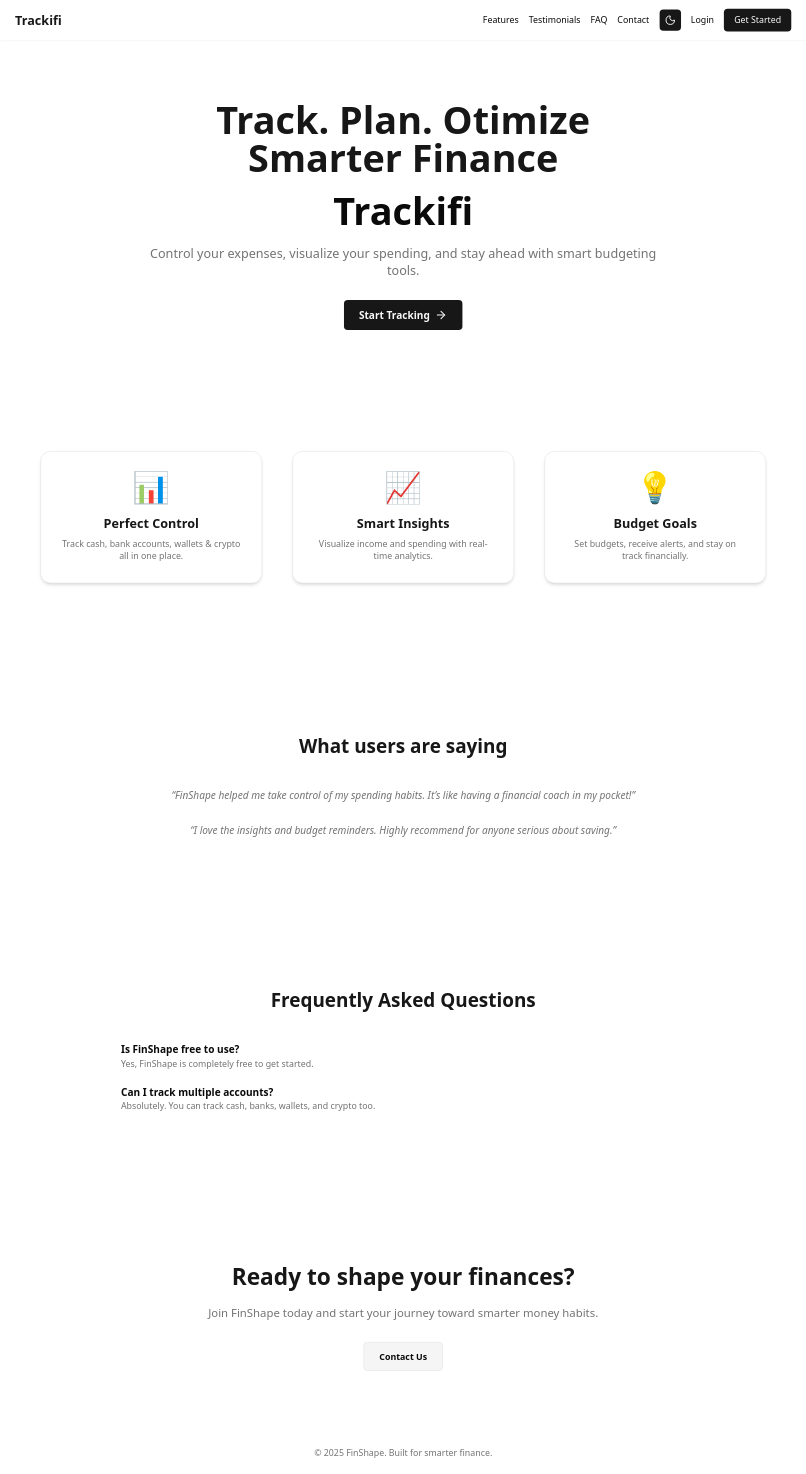
Repository: ruthvik-mt/Trackifi
Page: /categories (app in frontend/)
The author's editor kept a copy of each file at every save. The page is drawn from the files as they stood at one save, then again after a run of saves.
The browser window is 1280 px wide. The pictures show the whole page, at 63% of full size.
The project was rebuilt for these pictures with package versions that can differ from the ones it lists, and the page was loaded fresh each time. Also part of the build but not shown: frontend/vite.config.ts, frontend/src/components/FormInput.tsx, frontend/src/pages/Auth/Login.tsx, frontend/src/pages/Auth/Register.tsx, frontend/src/components/Sidebar.tsx, frontend/src/components/ThemeToggleButton.tsx, frontend/src/components/Navbar.tsx, frontend/src/pages/Dashboard/Layout.tsx and 20 more.

Above is the page before, as saved 2025-07-15 23:13:01.

### frontend/index.html
<!-- index.html -->
<!DOCTYPE html>
<html lang="en">
  <head>
    <meta charset="UTF-8" />
    <link rel="icon" href="/favicon.svg" />
    <meta name="viewport" content="width=device-width, initial-scale=1.0" />

    <!-- Critical script: apply theme before paint -->
    <script>
      const theme = localStorage.getItem("theme");
      if (
        theme === "dark" ||
        (!theme && window.matchMedia("(prefers-color-scheme: dark)").matches)
      ) {
        document.documentElement.classList.add("dark");
      } else {
        document.documentElement.classList.remove("dark");
      }
    </script>

    <title>FinShape</title>
  </head>
  <body>
    <div id="root"></div>
    <script type="module" src="/src/main.tsx"></script>
  </body>
</html>

### frontend/src/main.tsx
import React from "react";
import ReactDOM from "react-dom/client";
import App from "./App";
import "./tailwind.css";
import { AuthProvider } from "./context/AuthProvider";
import { ThemeProvider } from "./context/ThemeProvider"; // ✅ Add ThemeProvider
import { BrowserRouter as Router } from "react-router-dom";

ReactDOM.createRoot(document.getElementById("root")!).render(
  <React.StrictMode>
    <Router>
      {/* ✅ Wrap app with theme context */}
      <ThemeProvider>
        <AuthProvider>
          <App />
        </AuthProvider>
      </ThemeProvider>
    </Router>
  </React.StrictMode>
);

### frontend/src/App.tsx
import { Routes, Route, Navigate } from "react-router-dom";
import Login from "./pages/Auth/Login";
import Register from "./pages/Auth/Register";
import Dashboard from "./pages/Dashboard/Dashboard";
import CategoryList from "./pages/Categories/CategoryList";
import TransactionList from "./pages/Transactions/TransactionList";
import BudgetList from "./pages/Budgets/BudgetList";
import MonthlyTotal from "./pages/Insights/MonthlyTotal";
import CategoryBreakdown from "./pages/Insights/CategoryBreakdown";
import BudgetComparison from "./pages/Insights/BudgetComparison";
import ProtectedRoute from "./components/ProtectedRoute";
import LandingPage from "./pages/LandingPage"; // ✅ Add this import

export default function App() {
  return (
    <Routes>
      {/* Landing Page */}
      <Route path="/" element={<LandingPage />} /> {/* ✅ New route */}

      {/* Auth Routes */}
      <Route path="/login" element={<Login />} />
      <Route path="/register" element={<Register />} />

      {/* Protected Routes */}
      <Route
        path="/dashboard"
        element={
          <ProtectedRoute>
            <Dashboard />
          </ProtectedRoute>
        }
      />
      <Route
        path="/categories"
        element={
          <ProtectedRoute>
            <CategoryList />
          </ProtectedRoute>
        }
      />
      <Route
        path="/transactions"
        element={
          <ProtectedRoute>
            <TransactionList />
          </ProtectedRoute>
        }
      />
      <Route
        path="/budgets"
        element={
          <ProtectedRoute>
            <BudgetList />
          </ProtectedRoute>
        }
      />
      <Route
        path="/insights/monthly-total"
        element={
          <ProtectedRoute>
            <MonthlyTotal />
          </ProtectedRoute>
        }
      />
      <Route
        path="/insights/category-breakdown"
        element={
          <ProtectedRoute>
            <CategoryBreakdown />
          </ProtectedRoute>
        }
      />
      <Route
        path="/insights/budget-comparison"
        element={
          <ProtectedRoute>
            <BudgetComparison />
          </ProtectedRoute>
        }
      />

      {/* Fallback Route */}
      <Route path="*" element={<Navigate to="/" />} /> {/* ✅ Updated from "/login" to "/" */}
    </Routes>
  );
}

### frontend/src/tailwind.css
@tailwind base;
@tailwind components;
@tailwind utilities;

/* =========================
   Base Theme Variables
   ========================= */

@layer base {
  :root {
    --background: 0 0% 100%;
    --foreground: 0 0% 3.9%;

    --card: 0 0% 100%;
    --card-foreground: 0 0% 3.9%;

    --popover: 0 0% 100%;
    --popover-foreground: 0 0% 3.9%;

    --primary: 0 0% 9%;
    --primary-foreground: 0 0% 98%;

    --secondary: 0 0% 96.1%;
    --secondary-foreground: 0 0% 9%;

    --muted: 0 0% 96.1%;
    --muted-foreground: 0 0% 45.1%;

    --accent: 0 0% 96.1%;
    --accent-foreground: 0 0% 9%;

    --destructive: 0 84.2% 60.2%;
    --destructive-foreground: 0 0% 98%;

    --border: 0 0% 89.8%;
    --input: 0 0% 89.8%;
    --ring: 0 0% 3.9%;

    --chart-1: 12 76% 61%;
    --chart-2: 173 58% 39%;
    --chart-3: 197 37% 24%;
    --chart-4: 43 74% 66%;
    --chart-5: 27 87% 67%;

    --radius: 0.5rem;

    --tooltip-bg: #ffffff;
    --tooltip-color: #000000;
  }

  .dark {
    --background: 0 0% 3.9%;
    --foreground: 0 0% 98%;

    --card: 0 0% 3.9%;
    --card-foreground: 0 0% 98%;

    --popover: 0 0% 3.9%;
    --popover-foreground: 0 0% 98%;

    --primary: 0 0% 98%;
    --primary-foreground: 0 0% 9%;

    --secondary: 0 0% 14.9%;
    --secondary-foreground: 0 0% 98%;

    --muted: 0 0% 14.9%;
    --muted-foreground: 0 0% 63.9%;

    --accent: 0 0% 14.9%;
    --accent-foreground: 0 0% 98%;

    --destructive: 0 62.8% 30.6%;
    --destructive-foreground: 0 0% 98%;

    --border: 0 0% 14.9%;
    --input: 0 0% 14.9%;
    --ring: 0 0% 83.1%;

    --chart-1: 220 70% 50%;
    --chart-2: 160 60% 45%;
    --chart-3: 30 80% 55%;
    --chart-4: 280 65% 60%;
    --chart-5: 340 75% 55%;

    --tooltip-bg: #d9dde2; /* dark gray or slate */
    --tooltip-color: #0d0f11;
  }
}

/* =========================
   Global Element Styles
   ========================= */
@layer base {
  * {
    @apply border-border;
  }

  html,
  body {
    @apply bg-background text-foreground antialiased;
    min-height: 100%;
    scroll-behavior: smooth;
  }

  input,
  select,
  textarea {
    @apply bg-input text-foreground placeholder-muted-foreground
           border border-border rounded px-3 py-2
           focus:outline-none focus:ring-2 focus:ring-ring;
  }

  button {
    @apply transition-colors bg-primary text-primary-foreground px-4 py-2 rounded
           hover:bg-primary/90 focus:outline-none focus:ring-2 focus:ring-ring;
  }
}

### frontend/src/context/ThemeProvider.tsx
import { useEffect, useState, ReactNode } from "react";
import { ThemeContext, Theme } from "./ThemeContext";

export const ThemeProvider = ({ children }: { children: ReactNode }) => {
  const getInitialTheme = (): Theme => {
    if (typeof window === "undefined") return "light";
    const stored = localStorage.getItem("theme");
    if (stored === "light" || stored === "dark") return stored;
    return window.matchMedia("(prefers-color-scheme: dark)").matches ? "dark" : "light";
  };

  const [theme, setTheme] = useState<Theme>(getInitialTheme);

  useEffect(() => {
    const root = document.documentElement;
    if (theme === "dark") {
      root.classList.add("dark");
    } else {
      root.classList.remove("dark");
    }
    localStorage.setItem("theme", theme);
  }, [theme]);

  const toggleTheme = () => setTheme(prev => (prev === "dark" ? "light" : "dark"));

  return (
    <ThemeContext.Provider value={{ theme, toggleTheme }}>
      {children}
    </ThemeContext.Provider>
  );
};

### frontend/src/components/ProtectedRoute.tsx
// // src/components/ProtectedRoute.tsx
// import { Navigate } from "react-router-dom";
// import { useAuth } from "@/hooks/useAuth";
// import { ReactNode } from "react";

// const ProtectedRoute = ({ children }: { children: ReactNode }) => {
//   const { token } = useAuth();
//   return token ? <>{children}</> : <Navigate to="/login" replace />;
// };

// export default ProtectedRoute;

import { Navigate } from "react-router-dom";
import { useAuth } from "../hooks/useAuth"; // ✅ Correct path
import { JSX } from "react/jsx-runtime";

export default function ProtectedRoute({ children }: { children: JSX.Element }) {
  const { token } = useAuth();

  if (!token) return <Navigate to="/" replace />;
  return children;
}

### frontend/src/pages/LandingPage.tsx
import { Link } from "react-router-dom";
import { motion } from "framer-motion";
import { ArrowRight, Moon, Sun } from "lucide-react";
import { useTheme } from "../hooks/useTheme";
import { useState, useEffect } from "react";
import { Spinner } from "@/components/Spinner";

export default function LandingPage() {
  const { theme, toggleTheme } = useTheme();
  const [buttonLoading, setButtonLoading] = useState(true);

  useEffect(() => {
    const timer = setTimeout(() => setButtonLoading(false), 1000);
    return () => clearTimeout(timer);
  }, []);

  return (
    <div className="min-h-screen bg-background text-foreground">
      {/* ────────────── Header ────────────── */}
      <header className="sticky top-0 z-10 h-16 bg-card text-card-foreground shadow-sm flex items-center justify-between px-6">
        <a href="#hero" className="text-xl font-bold text-primary">Trackifi</a>

        <nav className="flex items-center gap-4">
          <a href="#features" className="text-sm font-medium hover:text-primary transition-colors">Features</a>
          <a href="#testimonials" className="text-sm font-medium hover:text-primary transition-colors">Testimonials</a>
          <a href="#faq" className="text-sm font-medium hover:text-primary transition-colors">FAQ</a>
          <a href="#cta" className="text-sm font-medium over:text-primary transition-colors">Contact</a>

          <button
            onClick={toggleTheme}
            className="px-2 py-2 rounded-md text-sm font-medium bg-primary text-primary-foreground hover:bg-primary/90 transition-colors flex items-center justify-center"
            aria-label={`Switch to ${theme === "dark" ? "light" : "dark"} mode`}
          >
            {theme === "dark" ? <Sun size={18} /> : <Moon size={18} />}
          </button>

          <Link
            to="/login"
            className="text-sm font-medium hover:text-primary transition-colors"
          >
            Login
          </Link>

          {buttonLoading ? (
            <Spinner size="default" />
          ) : (
            <Link to="/register">
              <button className="px-4 py-2 rounded-md text-sm font-medium bg-primary text-primary-foreground hover:bg-primary/90 transition-colors">
                Get Started
              </button>
            </Link>
          )}
        </nav>
      </header>

      {/* ────────────── Hero Section ────────────── */}
      <motion.section
        id="hero"
        className="text-center px-6 py-24 max-w-4xl mx-auto"
        initial={{ opacity: 0, y: 30 }}
        animate={{ opacity: 1, y: 0 }}
        transition={{ duration: 0.6 }}
      >
        <h1 className="text-5xl md:text-6xl font-extrabold leading-tight mb-6 text-primary">
  Track. Plan. Otimize     Smarter Finance
</h1>

<h2 className="text-5xl md:text-6xl font-extrabold text-center leading-tight mb-6 xt-primary">
  Trackifi
</h2>

        <p className="text-lg md:text-xl text-muted-foreground mb-8">
          Control your expenses, visualize your spending, and stay ahead with smart budgeting tools.
        </p>

        {buttonLoading ? (
          <div className="flex justify-center">
            <Spinner size="lg" />
          </div>
        ) : (
          <Link to="/register">
            <button
              aria-label="Start tracking your expenses"
              className="px-6 py-3 rounded-md font-semibold bg-primary text-primary-foreground hover:bg-primary/90 inline-flex items-center gap-2 transition-colors"
            >
              Start Tracking <ArrowRight size={20} />
            </button>
          </Link>
        )}
      </motion.section>

      {/* ────────────── Features Section ────────────── */}
      <motion.section
        id="features"
        className="py-24 px-6 bg-background"
        initial={{ opacity: 0 }}
        whileInView={{ opacity: 1 }}
        viewport={{ once: true, amount: 0.2 }}
        transition={{ duration: 0.8 }}
      >
        <div className="max-w-6xl mx-auto grid gap-12 md:grid-cols-3 text-center">
          {[
            {
              icon: "📊",
              title: "Perfect Control",
              desc: "Track cash, bank accounts, wallets & crypto all in one place.",
            },
            {
              icon: "📈",
              title: "Smart Insights",
              desc: "Visualize income and spending with real-time analytics.",
            },
            {
              icon: "💡",
              title: "Budget Goals",
              desc: "Set budgets, receive alerts, and stay on track financially.",
            },
          ].map(({ icon, title, desc }, index) => (
            <motion.div
              key={title}
              className="bg-white dark:bg-zinc-900 text-zinc-800 dark:text-white border border-border p-8 rounded-2xl shadow-md hover:shadow-xl transition-transform"
              initial={{ opacity: 0, y: 40, scale: 0.95 }}
              whileInView={{ opacity: 1, y: 0, scale: 1 }}
              viewport={{ once: true, amount: 0.3 }}
              whileHover={{ scale: 1.06 }}
              transition={{
                duration: 0.6,
                delay: index * 0.2,
                type: "spring",
                stiffness: 120,
              }}
            >
              <div className="text-5xl mb-5">{icon}</div>
              <h3 className="text-xl font-bold mb-2 text-primary">{title}</h3>
              <p className="text-sm text-muted-foreground">{desc}</p>
            </motion.div>
          ))}
        </div>
      </motion.section>

      {/* ────────────── Testimonials Section ────────────── */}
    <motion.section
  id="testimonials"
  className="py-24 px-6 bg-background text-center"
  initial={{ opacity: 0 }}
  whileInView={{ opacity: 1 }}
  viewport={{ once: true, amount: 0.2 }}
  transition={{ duration: 0.8 }}
>
  <div className="h-12 bg-gradient-to-b from-transparent to-background" />
  <h2 className="text-3xl font-bold mb-12 text-primary">What users are saying</h2>
  <div className="max-w-4xl mx-auto space-y-8">
    {[
      "FinShape helped me take control of my spending habits. It’s like having a financial coach in my pocket!",
      "I love the insights and budget reminders. Highly recommend for anyone serious about saving.",
    ].map((text, index) => (
      <motion.blockquote
        key={index}
        className="italic text-muted-foreground"
        initial={{ opacity: 0, y: 20 }}
        whileInView={{ opacity: 1, y: 0 }}
        transition={{ duration: 0.5, delay: index * 0.2 }}
        viewport={{ once: true, amount: 0.5 }}
      >
        {`“${text}”`}
      </motion.blockquote>
    ))}
  </div>
</motion.section>



      {/* ────────────── FAQ Section ────────────── */}
     <motion.section
  id="faq"
  className="py-24 px-6 bg-background"
  initial={{ opacity: 0 }}
  whileInView={{ opacity: 1 }}
  viewport={{ once: true, amount: 0.2 }}
  transition={{ duration: 0.8 }}
>
  <div className="h-12 bg-gradient-to-b from-transparent to-background" />
  <h2 className="text-3xl font-bold mb-12 text-center text-primary">Frequently Asked Questions</h2>
  <div className="max-w-4xl mx-auto space-y-6">
    {[
      {
        question: "Is FinShape free to use?",
        answer: "Yes, FinShape is completely free to get started.",
      },
      {
        question: "Can I track multiple accounts?",
        answer: "Absolutely. You can track cash, banks, wallets, and crypto too.",
      },
    ].map(({ question, answer }, index) => (
      <motion.div
        key={index}
        initial={{ opacity: 0, y: 20 }}
        whileInView={{ opacity: 1, y: 0 }}
        transition={{ duration: 0.5, delay: index * 0.2 }}
        viewport={{ once: true, amount: 0.5 }}
      >
        <h4 className="font-semibold">{question}</h4>
        <p className="text-sm text-muted-foreground">{answer}</p>
      </motion.div>
    ))}
  </div>
</motion.section>



      {/* ────────────── Call to Action ────────────── */}
      <motion.section
  id="cta"
  className="py-24 px-6 bg-background text-center"
  initial={{ opacity: 0 }}
  whileInView={{ opacity: 1 }}
  viewport={{ once: true, amount: 0.2 }}
  transition={{ duration: 0.8 }}
>
  <div className="h-12 bg-gradient-to-b from-transparent to-background" />
  <motion.div
    className="max-w-2xl mx-auto"
    initial={{ opacity: 0, y: 30 }}
    whileInView={{ opacity: 1, y: 0 }}
    transition={{ duration: 0.6 }}
    viewport={{ once: true }}
  >
    <h2 className="text-4xl font-bold mb-6 text-primary">Ready to shape your finances?</h2>
    <p className="mb-8 text-lg text-muted-foreground">
      Join FinShape today and start your journey toward smarter money habits.
    </p>
    <div className="flex flex-col sm:flex-row gap-4 justify-center">
      <Link to="/contact">
        <button className="px-6 py-3 text-sm font-semibold bg-muted text-foreground border border-border rounded-md hover:bg-muted/80 transition-colors">
          Contact Us
        </button>
      </Link>
    </div>
  </motion.div>
</motion.section>



      {/* ────────────── Footer ────────────── */}
      <footer className="text-center py-6 text-sm text-muted-foreground bg-background">
        © {new Date().getFullYear()} FinShape. Built for smarter finance.
      </footer>
    </div>
  );
}

### frontend/src/context/AuthContext.tsx
// import { createContext } from "react";
// import { User } from "@/types/Auth";

// export interface AuthContextType {
//   token: string | null;
//   user: User | null;
//   login: (token: string) => void;
//   logout: () => void;
// }

// export const AuthContext = createContext<AuthContextType>({
//   token: null,
//   user: null,
//   login: () => {},
//   logout: () => {},
// });

// src/context/AuthContext.ts
import { createContext } from "react";

export interface AuthContextType {
  token: string | null;
  login: (email: string, password: string) => Promise<void>;
  logout: () => void;
}

export const AuthContext = createContext<AuthContextType>(
  {} as AuthContextType // ✅ Safe for use without null-checks
);

### frontend/src/axios.ts
// // src/axios.ts
// import axios from "axios";

// const axiosInstance = axios.create({
//   baseURL: "http://localhost:8080/api",
// });

// axiosInstance.interceptors.request.use((config) => {
//   const token = localStorage.getItem("token");
//   if (token && config.headers) {
//     config.headers.Authorization = `Bearer ${token}`;
//   }
//   return config;
// });

// export default axiosInstance;

// src/axios.ts
// src/axios.ts
import axios from "axios";

const instance = axios.create({
  baseURL: "", // <-- frontend sends /api/... and Vite handles the proxy
  headers: {
    "Content-Type": "application/json",
  },
});

instance.interceptors.request.use((config) => {
  const token = localStorage.getItem("token");
  if (token) {
    config.headers = config.headers || {};
    config.headers["Authorization"] = `Bearer ${token}`;
  }
  return config;
});

export default instance;

### frontend/src/context/ThemeContext.tsx
import { createContext } from "react";

export type Theme = "light" | "dark";

export interface ThemeContextType {
  theme: Theme;
  toggleTheme: () => void;
}

export const ThemeContext = createContext<ThemeContextType | undefined>(undefined);

### frontend/src/hooks/useAuth.ts
// import { useContext } from "react";
// import { AuthContext } from "@/context/AuthContext";

// export const useAuth = () => useContext(AuthContext);

import { useContext } from "react";
import { AuthContext } from "../context/AuthContext";

export const useAuth = () => {
  const ctx = useContext(AuthContext);
  if (!ctx) throw new Error("useAuth must be used inside <AuthProvider>");
  return ctx;
};

### frontend/src/hooks/useTheme.ts
// src/hooks/useTheme.ts
import { useContext } from "react";
import { ThemeContext } from "../context/ThemeContext";

export function useTheme() {
  const context = useContext(ThemeContext);
  if (!context) {
    throw new Error("useTheme must be used within a ThemeProvider");
  }
  return context;
}

### frontend/src/components/Spinner.tsx
// src/components/Spinner.tsx
import { cn } from "@/lib/utils";
import { cva, VariantProps } from "class-variance-authority";
import { Loader } from "lucide-react";

const spinnerVariants = cva("text-muted-foreground animate-spin", {
  variants: {
    size: {
      default: "h-4 w-4",
      sm: "h-2 w-2",
      lg: "h-6 w-6",
      icon: "h-10 w-10",
    },
  },
  defaultVariants: {
    size: "default",
  },
});

interface SpinnerProps extends VariantProps<typeof spinnerVariants> {
  className?: string;
}

export const Spinner = ({ size }: SpinnerProps) => {
  return <Loader className={cn(spinnerVariants({ size }))} />;
};

Loaded but not shown: frontend/src/lib/utils.ts (common file); frontend/tailwind.config.js (86 lines, source omitted); frontend/src/context/AuthProvider.tsx (91 lines, source omitted)

After the next 4 saves:
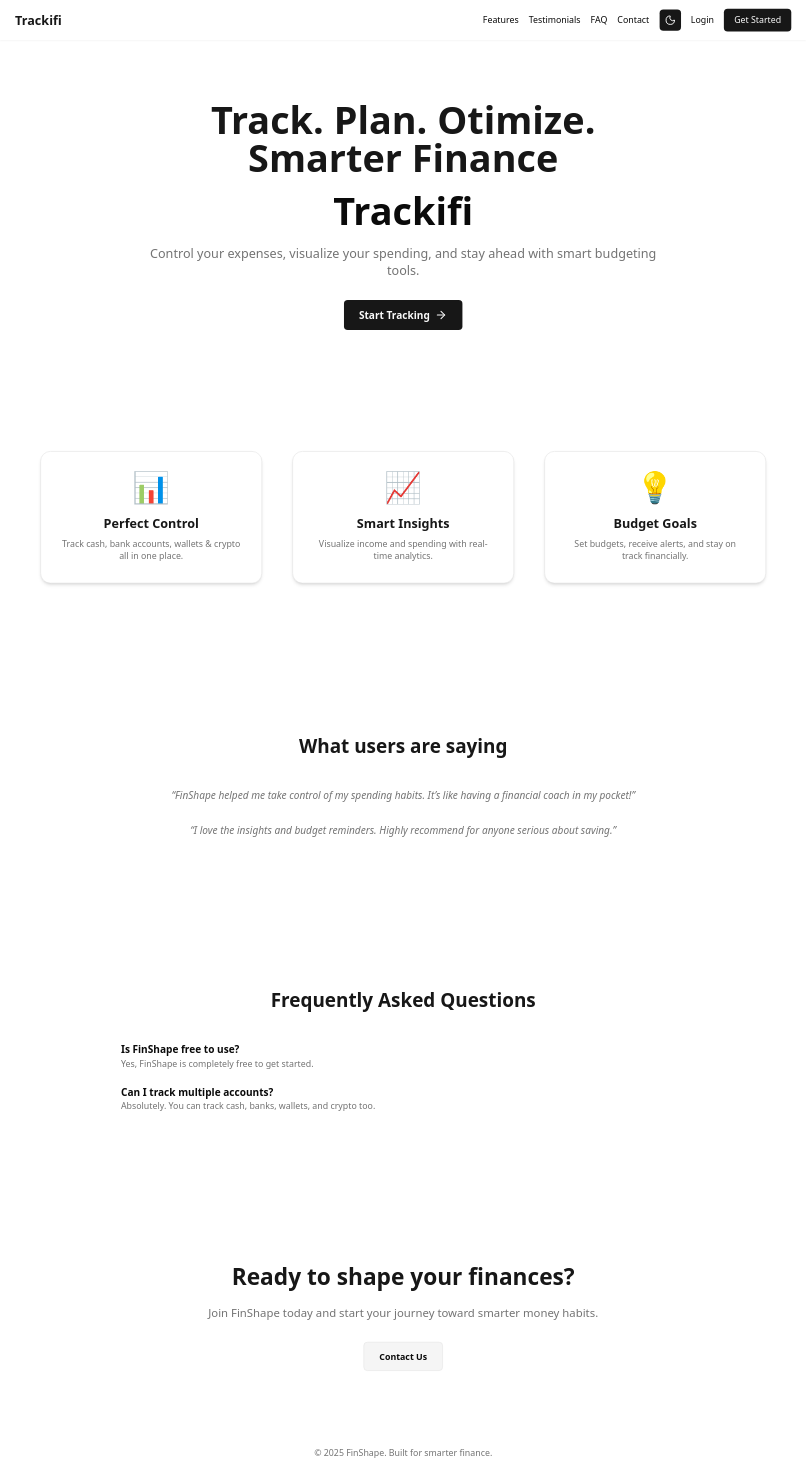
The 4 saves are shown as one change because they came seconds apart.
The last was saved 63 s later.
--- a/frontend/src/pages/LandingPage.tsx
+++ b/frontend/src/pages/LandingPage.tsx
@@ -62,7 +62,7 @@ export default function LandingPage() {
         transition={{ duration: 0.6 }}
       >
         <h1 className="text-5xl md:text-6xl font-extrabold leading-tight mb-6 text-primary">
-  Track. Plan. Otimize     Smarter Finance
+  Track. Plan. Otimize.  Smarter Finance
 </h1>
 
 <h2 className="text-5xl md:text-6xl font-extrabold text-center leading-tight mb-6 xt-primary">
